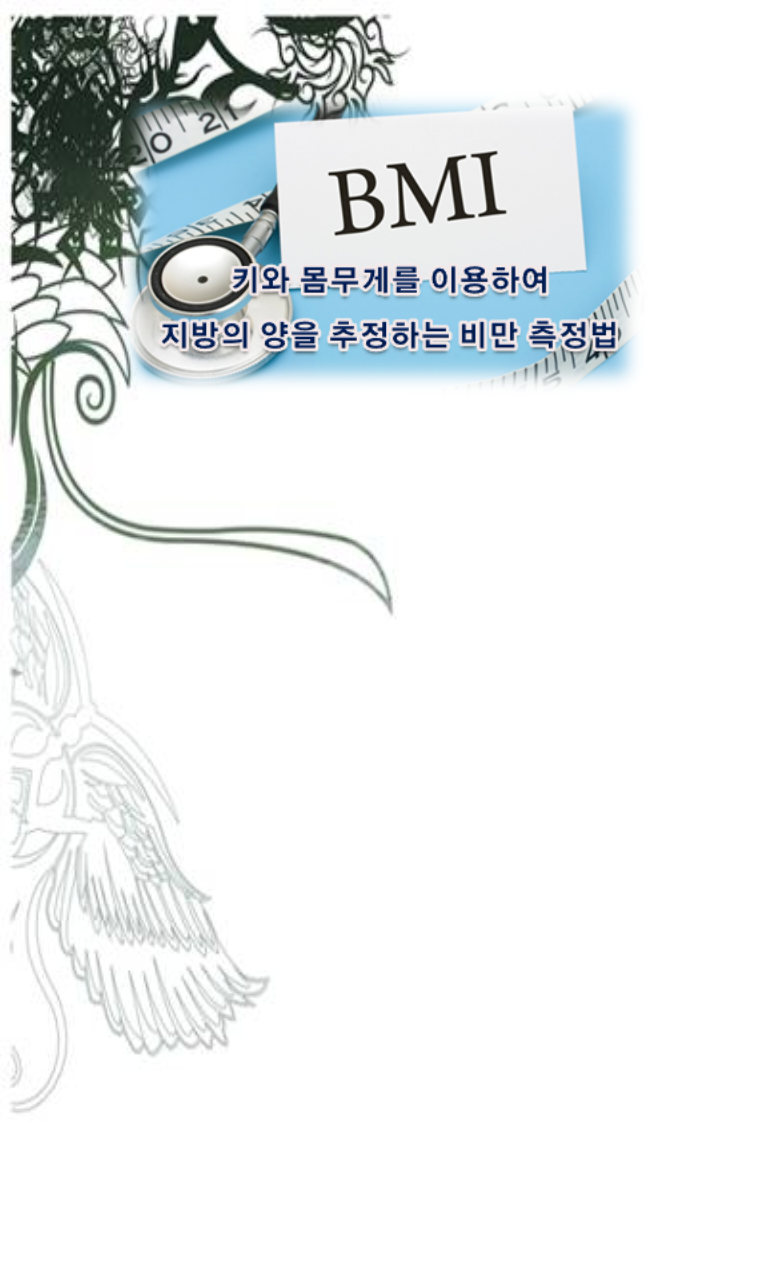
Repository: LewisLim579/2013TeamProject
Layout: PtsApp/res/layout/bmi.xml
An editor plug-in stored every save of this project. The layout is shown before and after the next save, followed by the edit.
It is drawn on a 768 x 1280 px phone screen (xhdpi) without system bars, with theme android:Theme.NoTitleBar.Fullscreen; the app's code is not run.

Above is the layout before, as saved 2013-05-22 18:02:46.

### PtsApp/res/layout/bmi.xml
<RelativeLayout xmlns:android="http://schemas.android.com/apk/res/android"
    android:layout_width="match_parent"
    android:layout_height="match_parent"
    android:background="@drawable/back" >

    <ImageView
        android:id="@+id/imageView1"
        android:layout_width="wrap_content"
        android:layout_height="wrap_content"
        android:layout_alignParentTop="true"
        android:layout_centerHorizontal="true"
        android:layout_marginTop="43dp"
        android:src="@drawable/whatbbm" />


</RelativeLayout>

After the next save:
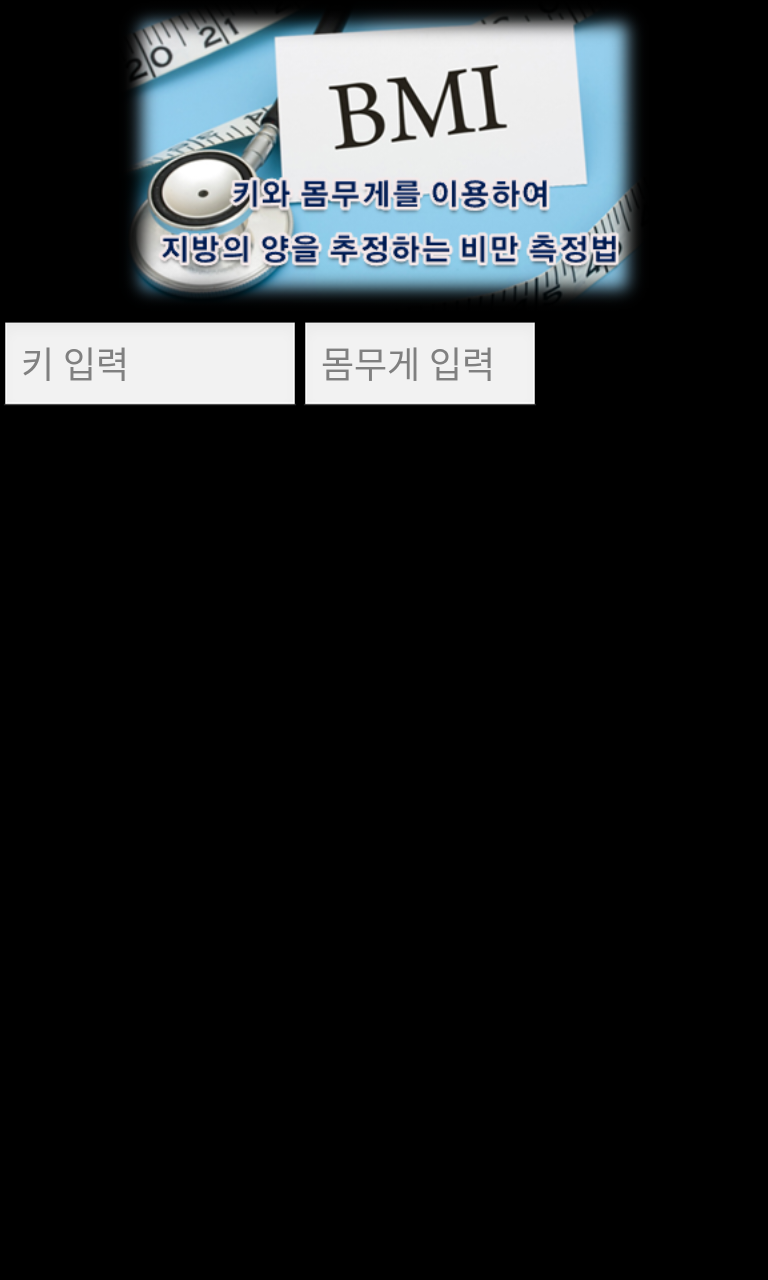
Saved 38 min 10 s later.
--- a/PtsApp/res/layout/bmi.xml
+++ b/PtsApp/res/layout/bmi.xml
@@ -1,16 +1,43 @@
-<RelativeLayout xmlns:android="http://schemas.android.com/apk/res/android"
-    android:layout_width="match_parent"
-    android:layout_height="match_parent"
-    android:background="@drawable/back" >
+<LinearLayout xmlns:android="http://schemas.android.com/apk/res/android"
+    android:layout_width="fill_parent"
+    android:layout_height="fill_parent"
+    android:orientation="vertical" >
 
-    <ImageView
-        android:id="@+id/imageView1"
-        android:layout_width="wrap_content"
+    <LinearLayout
+        android:layout_width="match_parent"
+        android:layout_height="160dp"
+        android:orientation="vertical" >
+
+        <ImageView
+            android:id="@+id/imageView1"
+            android:layout_width="match_parent"
+            android:layout_height="wrap_content"
+            android:src="@drawable/whatbbm" />
+
+    </LinearLayout>
+
+    <LinearLayout
+        android:layout_width="match_parent"
         android:layout_height="wrap_content"
-        android:layout_alignParentTop="true"
-        android:layout_centerHorizontal="true"
-        android:layout_marginTop="43dp"
-        android:src="@drawable/whatbbm" />
+        android:layout_gravity="center"
+         >
+
+        <EditText
+            android:id="@+id/height"
+            android:layout_width="150dp"
+            android:layout_height="wrap_content"
+            android:hint="키 입력" />
+
+        <EditText
+            android:id="@+id/weight"
+            android:layout_width="120dp"
+            android:layout_height="wrap_content"
+            android:hint="몸무게 입력" />
+
+    </LinearLayout>
 
 
-</RelativeLayout>
+
+
+
+</LinearLayout>
